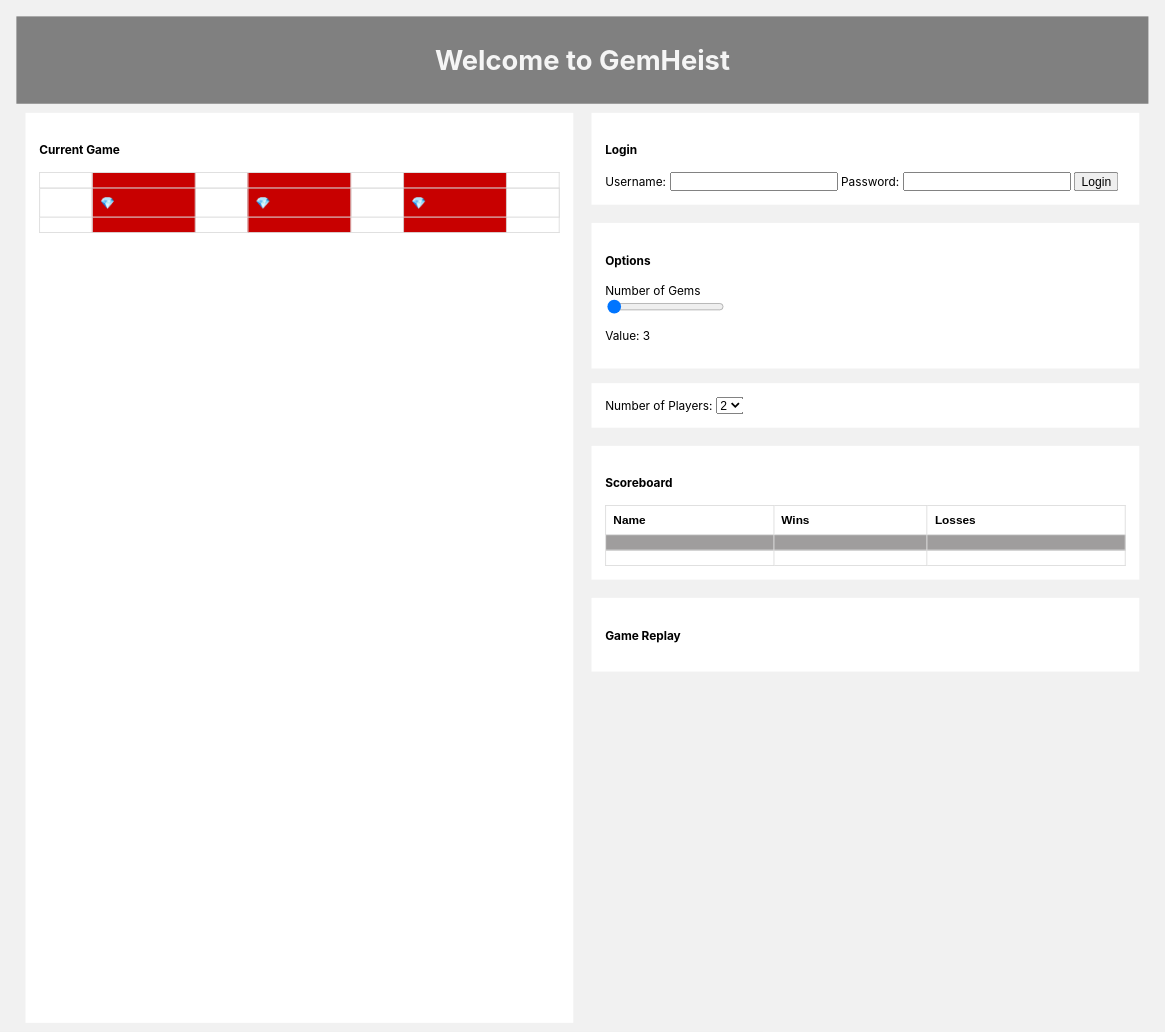
Repository: komalharjani/Gem-Heist
Page: board.html
An editor plug-in stored every save of this project. The page is shown before and after the next save, followed by the edit.
The browser window is 1280 px wide. The pictures show the whole page, at 91% of full size.

Above is the page before, as saved 2020-04-09 12:58:32.

After the next save:
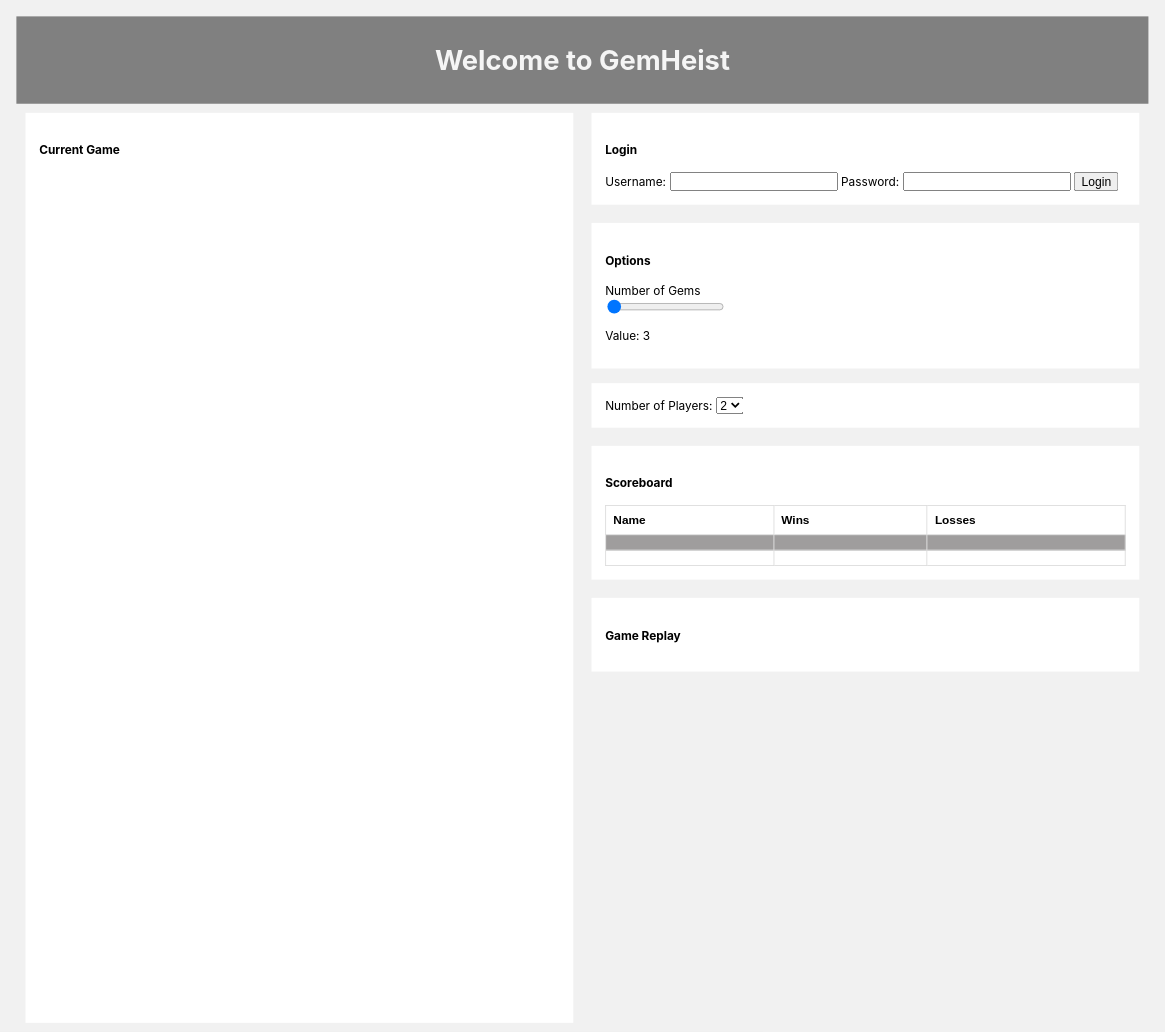
Console error: SyntaxError: Unexpected token '}'
Saved 18 s later.
--- a/model_Board.js
+++ b/model_Board.js
@@ -54,15 +54,15 @@
                 }
             }
             //Identify Alarms
-            if (currState[i][j] == true) {
-                if (j % 2) {
-                    cell.className = "alarm";
-                    cell.addEventListener('click', function (event) { //disable after clicked + how to pass row and col
-                        this.className = "alarm";
-                        captureAlarm(this);
-                        event.preventDefault();
-                    })
-                }
+            // if (currState[i][j] == true) {
+            //     if (j % 2) {
+            //         cell.className = "alarm";
+            //         cell.addEventListener('click', function (event) { //disable after clicked + how to pass row and col
+            //             this.className = "alarm";
+            //             captureAlarm(this);
+            //             event.preventDefault();
+            //         })
+            //     }
                 else {
                     cell.className = "white";
                 }

After the 2 saves that followed:
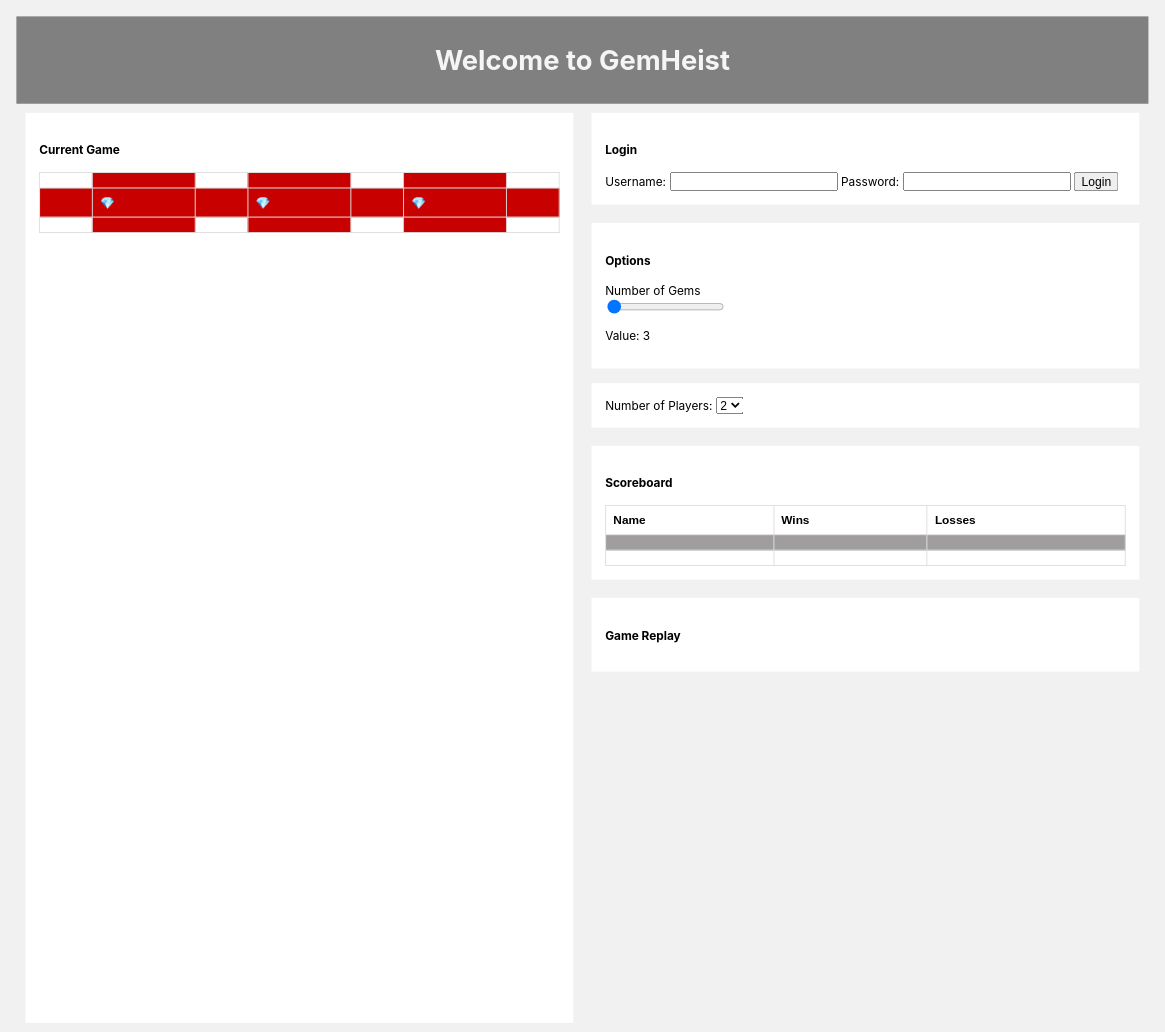
The error is gone.
The 2 saves are shown as one change because they came seconds apart.
The last was saved 10 s later.
--- a/model_Board.js
+++ b/model_Board.js
@@ -54,15 +54,15 @@
                 }
             }
             //Identify Alarms
-            // if (currState[i][j] == true) {
-            //     if (j % 2) {
-            //         cell.className = "alarm";
-            //         cell.addEventListener('click', function (event) { //disable after clicked + how to pass row and col
-            //             this.className = "alarm";
-            //             captureAlarm(this);
-            //             event.preventDefault();
-            //         })
-            //     }
+            if (currState[i][j] == true) {
+                if (j % 2 || i % 2) {
+                    cell.className = "alarm";
+                    cell.addEventListener('click', function (event) { //disable after clicked + how to pass row and col
+                        this.className = "alarm";
+                        captureAlarm(this);
+                        event.preventDefault();
+                    })
+                }
                 else {
                     cell.className = "white";
                 }
